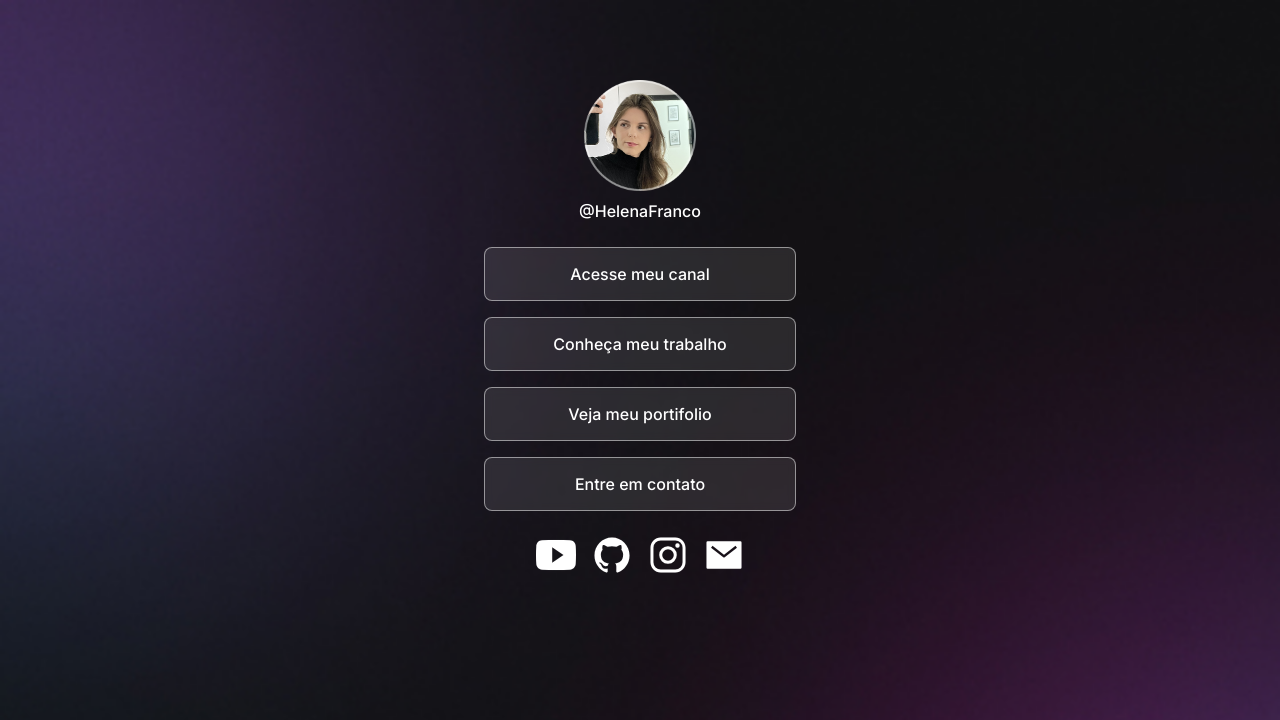
Repository: Fr4nc021/Pagina-de-links-
Page: index.html
An editor plug-in stored every save of this project. The page is shown before and after the next save, followed by the edit.
The browser window is 1280 px wide. The pictures show the whole page.

Above is the page before, as saved 2025-02-13 20:04:53.

After the next save:
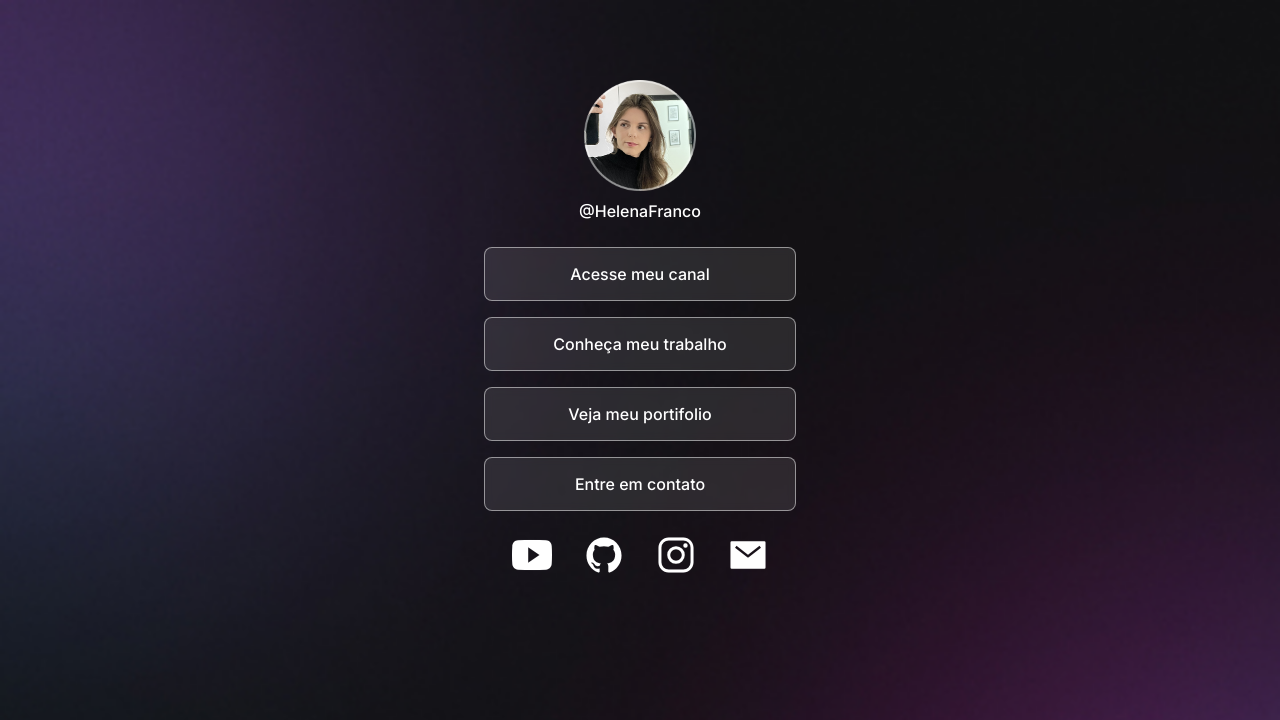
Saved 9 min 3 s later.
--- a/style.css
+++ b/style.css
@@ -79,7 +79,7 @@ ul li a {
     #social-links {
         display: flex;
         justify-content: center;
-        gap: 16px;
+        gap: 32px;
         margin-top: 24px;
         font-size:40px;
     }

After the 3 saves that followed:
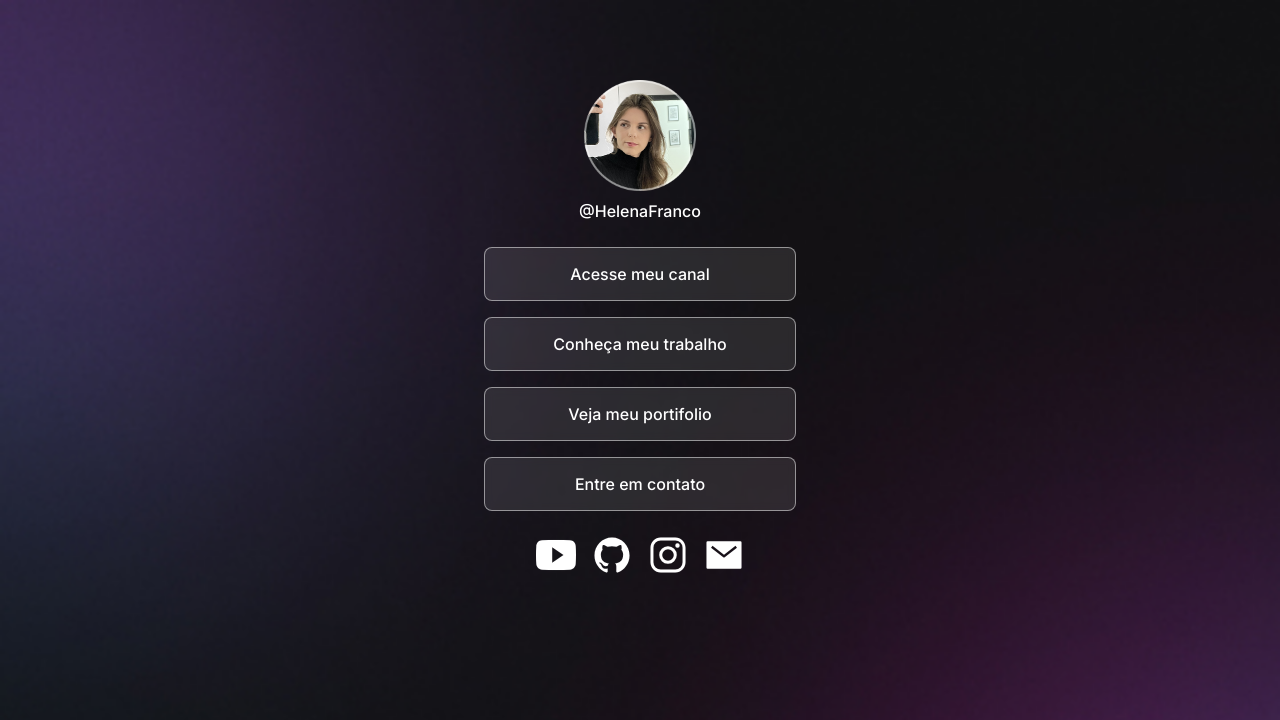
The 3 saves are shown as one change because 2 left the picture as it was.
The last was saved 19 s later.
--- a/style.css
+++ b/style.css
@@ -79,7 +79,7 @@ ul li a {
     #social-links {
         display: flex;
         justify-content: center;
-        gap: 32px;
+        gap: 16px;
         margin-top: 24px;
         font-size:40px;
     }
